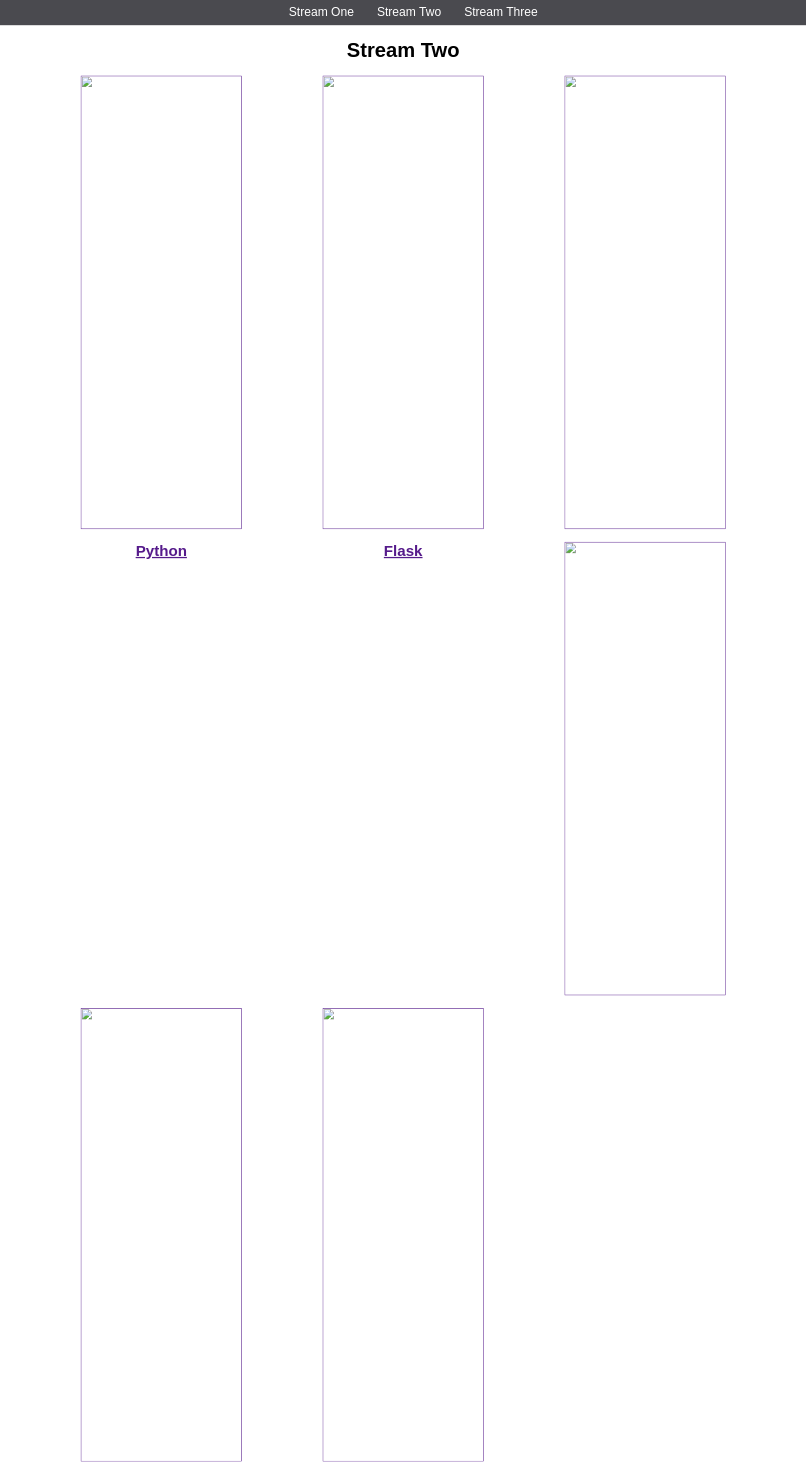
Repository: GeorgiosSklav/My-first-website
Page: stream-two.html
The author's editor kept a record of every edit. The page is drawn from the files as they stood at one moment, then again after the next edit.
The browser window is 1280 px wide. The pictures show the whole page, at 63% of full size.

Above is the page before.

After the next edit:
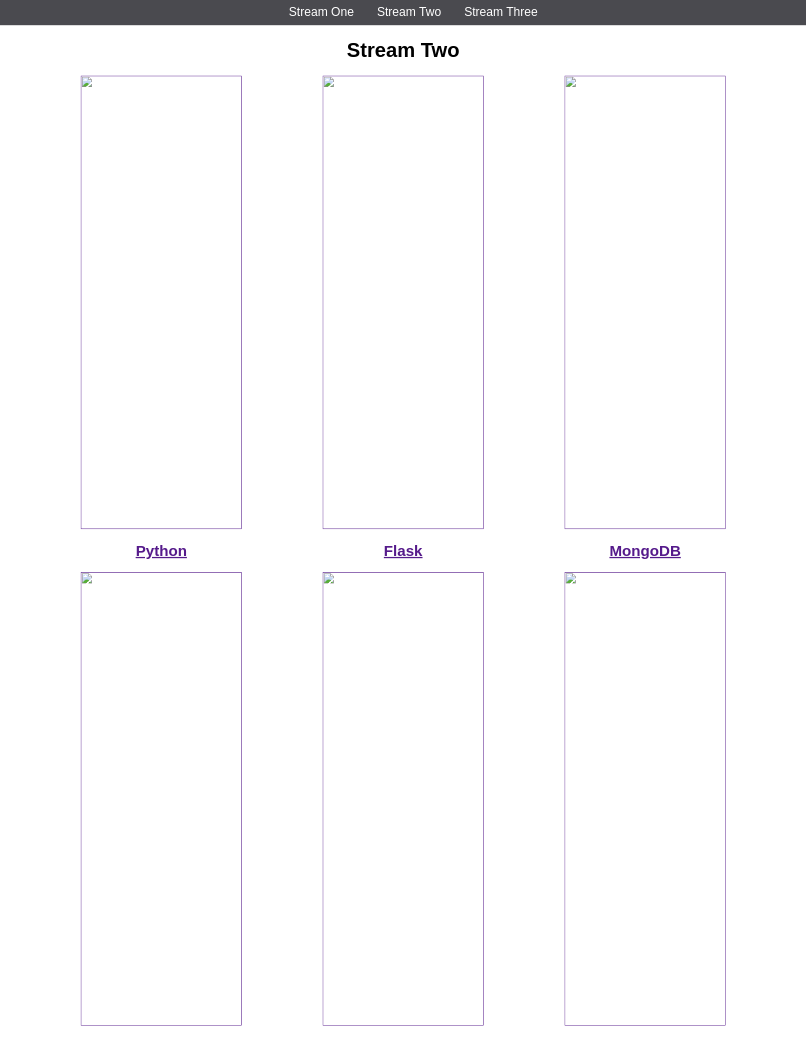
The edit:
--- a/stream-two.html
+++ b/stream-two.html
@@ -29,7 +29,7 @@
        <div class="card">
           <a href="">
              <img src=""/>
-             <h2></h2>
+             <h2>MongoDB</h2>
           </a>
        </div>
        <div class="card">
